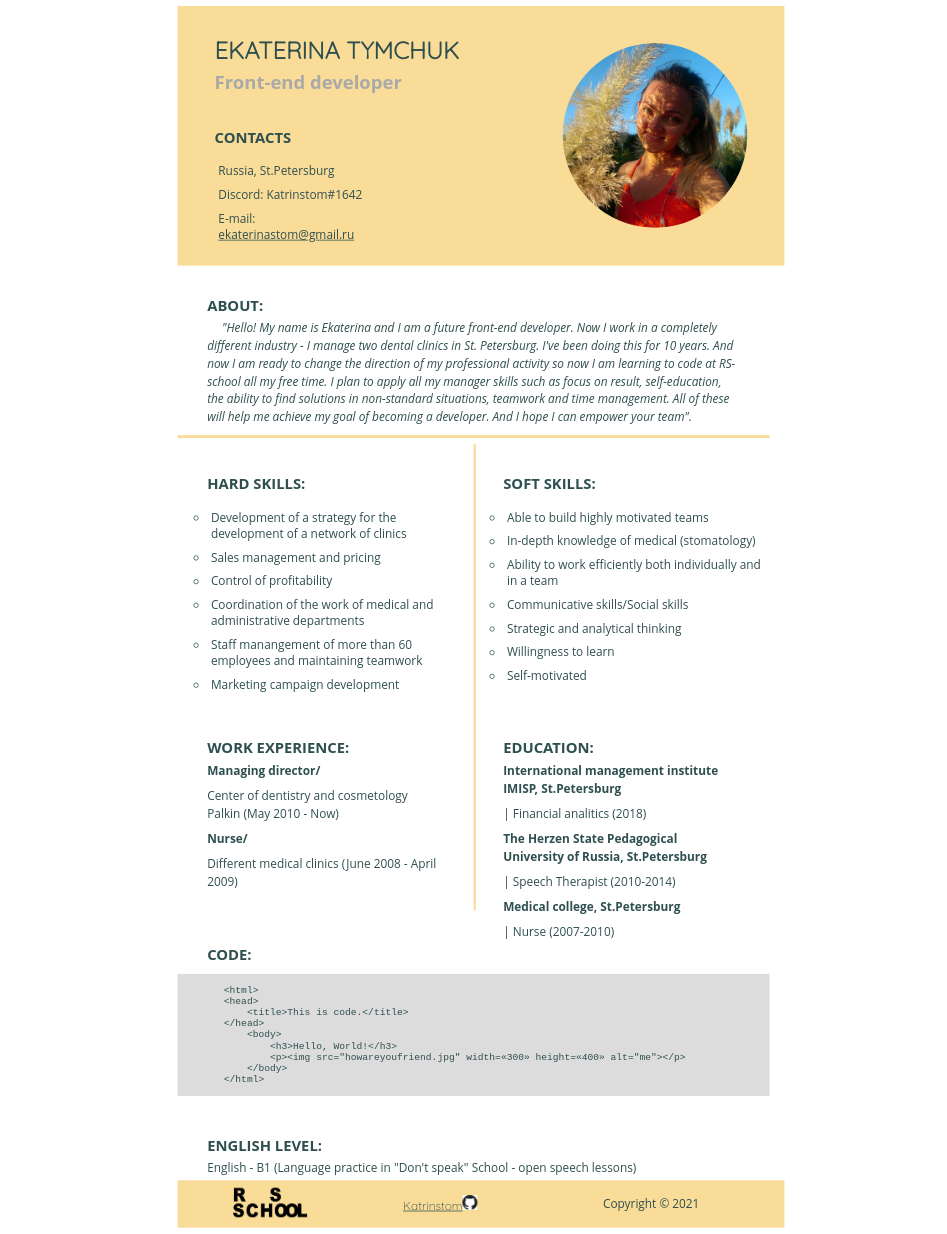
Repository: Katrinstom/rsschool-cv
Page: index.html
An editor plug-in stored every save of this project. The page is shown before and after the next save, followed by the edit.
The browser window is 1280 px wide. The pictures show the whole page, at 74% of full size.

Above is the page before, as saved 2022-01-02 18:13:50.

After the next save:
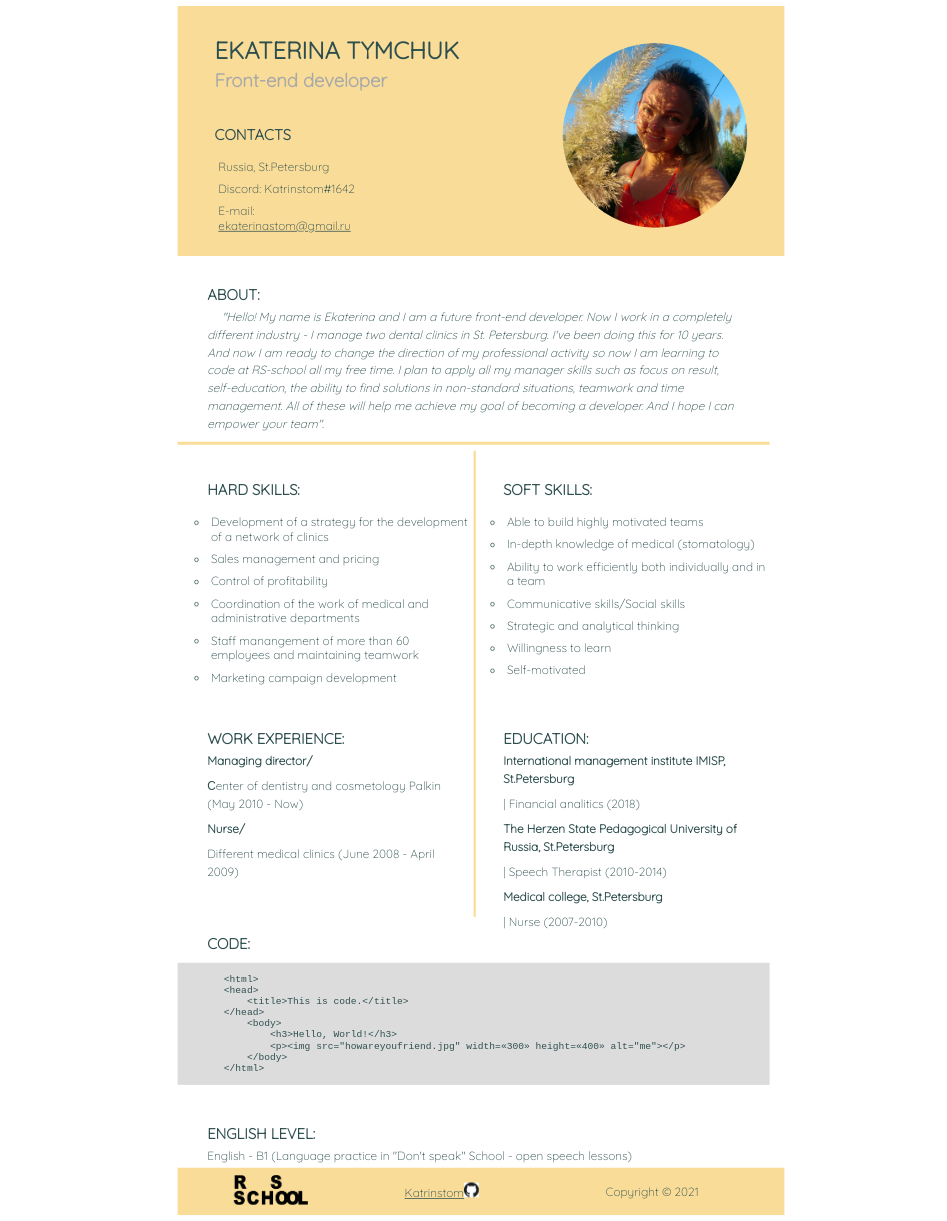
Saved 60 s later.
--- a/style.css
+++ b/style.css
@@ -25,13 +25,13 @@ h1 {
 h3 {
     padding: 0px 40px 5px;
     text-align: left;
-    font-family:'Open Sans', sans-serif;
+    font-family:'Quicksand', sans-serif;
     font-size: 25px;
     color:darkgrey;
     margin: 0;
 }
 h4 {
-    font-family:'Open Sans', sans-serif;
+    font-family:'Quicksand', sans-serif;
     font-size: 20px;
     text-transform: uppercase;
     padding: 40px 40px 0px;
@@ -49,14 +49,14 @@ ul {
 li {
     text-align: left;
     color: darkslategray;
-    font-family: 'Open Sans', sans-serif;
+    font-family: 'Quicksand', sans-serif;
     margin: 0;
     padding: 5px 5px 5px;
 }
 .block1 p {
     text-align: left;
     color: darkslategray;
-    font-family: 'Open Sans', sans-serif;
+    font-family: 'Quicksand', sans-serif;
     font-style: italic;
     margin: 0;
     height: auto;
@@ -76,7 +76,7 @@ li {
 .blockleft {
     text-align: left;
     color: darkslategray;
-    font-family: 'Open Sans', sans-serif;
+    font-family: 'Quicksand', sans-serif;
     margin: 0;
     float: left;
     height: auto;
@@ -92,7 +92,7 @@ p, b {
     display: block;
     text-align: left;
     color: darkslategray;
-    font-family: 'Open Sans', sans-serif;
+    font-family: 'Quicksand', sans-serif;
     margin: 0;
     height: auto;
     width: auto;
